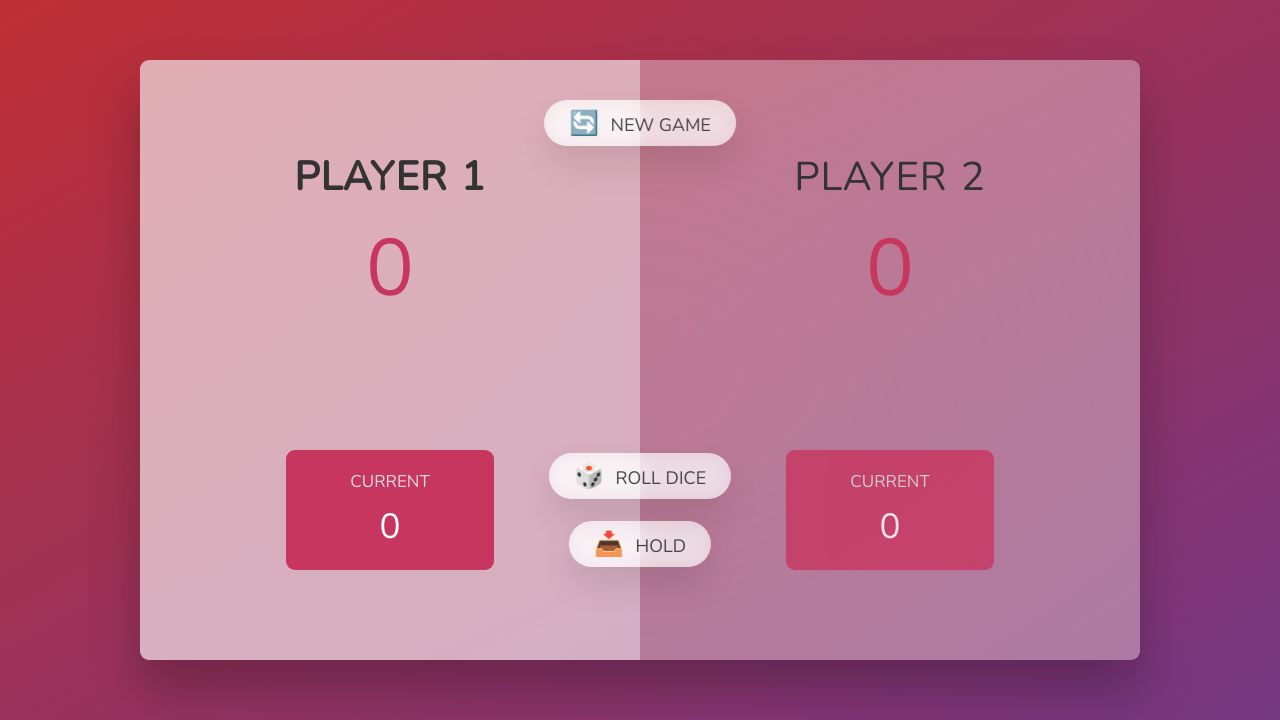
Repository: AbanoubSamyTawfek2002/pig-game
Page: index.html
An editor plug-in stored every save of this project. The page is shown before and after the next save, followed by the edit.
The browser window is 1280 px wide. The pictures show the whole page.

Above is the page before, as saved 2025-09-27 02:05:23.

### index.html
<!DOCTYPE html>
<html lang="en">
  <head>
    <meta charset="UTF-8" />
    <meta name="viewport" content="width=device-width, initial-scale=1.0" />
    <meta http-equiv="X-UA-Compatible" content="ie=edge" />
    <link rel="stylesheet" href="style.css" />
    <title>Pig Game</title>
  </head>
  <body>
    <main>
      <section class="player player--0 player--active">
        <h2 class="name" id="name--0">Player 1</h2>
        <p class="score" id="score--0">43</p>
        <div class="current">
          <p class="current-label">Current</p>
          <p class="current-score" id="current--0">0</p>
        </div>
      </section>
      <section class="player player--1">
        <h2 class="name" id="name--1">Player 2</h2>
        <p class="score" id="score--1">24</p>
        <div class="current">
          <p class="current-label">Current</p>
          <p class="current-score" id="current--1">0</p>
        </div>
      </section>

      <img src="dice-5.png" alt="Playing dice" class="dice" />
      <button class="btn btn--new">🔄 New game</button>
      <button class="btn btn--roll">🎲 Roll dice</button>
      <button class="btn btn--hold">📥 Hold</button>
    </main>
    <script src="script.js"></script>
  </body>
</html>

### style.css
@import url('https://fonts.googleapis.com/css2?family=Nunito&display=swap');

* {
  margin: 0;
  padding: 0;
  box-sizing: inherit;
}

html {
  font-size: 62.5%;
  box-sizing: border-box;
}

body {
  font-family: 'Nunito', sans-serif;
  font-weight: 400;
  height: 100vh;
  color: #333;
  background-image: linear-gradient(to top left, #753682 0%, #bf2e34 100%);
  display: flex;
  align-items: center;
  justify-content: center;
}

.hidden {
  display: none;
}
/* LAYOUT */
main {
  position: relative;
  width: 100rem;
  height: 60rem;
  background-color: rgba(255, 255, 255, 0.35);
  backdrop-filter: blur(200px);
  filter: blur();
  box-shadow: 0 3rem 5rem rgba(0, 0, 0, 0.25);
  border-radius: 9px;
  overflow: hidden;
  display: flex;
}

.player {
  flex: 50%;
  padding: 9rem;
  display: flex;
  flex-direction: column;
  align-items: center;
  transition: all 0.75s;
}

/* ELEMENTS */
.name {
  position: relative;
  font-size: 4rem;
  text-transform: uppercase;
  letter-spacing: 1px;
  word-spacing: 2px;
  font-weight: 300;
  margin-bottom: 1rem;
}

.score {
  font-size: 8rem;
  font-weight: 300;
  color: #c7365f;
  margin-bottom: auto;
}

.player--active {
  background-color: rgba(255, 255, 255, 0.4);
}
.player--active .name {
  font-weight: 700;
}
.player--active .score {
  font-weight: 400;
}

.player--active .current {
  opacity: 1;
}

.current {
  background-color: #c7365f;
  opacity: 0.8;
  border-radius: 9px;
  color: #fff;
  width: 65%;
  padding: 2rem;
  text-align: center;
  transition: all 0.75s;
}

.current-label {
  text-transform: uppercase;
  margin-bottom: 1rem;
  font-size: 1.7rem;
  color: #ddd;
}

.current-score {
  font-size: 3.5rem;
}

/* ABSOLUTE POSITIONED ELEMENTS */
.btn {
  position: absolute;
  left: 50%;
  transform: translateX(-50%);
  color: #444;
  background: none;
  border: none;
  font-family: inherit;
  font-size: 1.8rem;
  text-transform: uppercase;
  cursor: pointer;
  font-weight: 400;
  transition: all 0.2s;

  background-color: white;
  background-color: rgba(255, 255, 255, 0.6);
  backdrop-filter: blur(10px);

  padding: 0.7rem 2.5rem;
  border-radius: 50rem;
  box-shadow: 0 1.75rem 3.5rem rgba(0, 0, 0, 0.1);
}

.btn::first-letter {
  font-size: 2.4rem;
  display: inline-block;
  margin-right: 0.7rem;
}

.btn--new {
  top: 4rem;
}
.btn--roll {
  top: 39.3rem;
}
.btn--hold {
  top: 46.1rem;
}

.btn:active {
  transform: translate(-50%, 3px);
  box-shadow: 0 1rem 2rem rgba(0, 0, 0, 0.15);
}

.btn:focus {
  outline: none;
}

.dice {
  position: absolute;
  left: 50%;
  top: 16.5rem;
  transform: translateX(-50%);
  height: 10rem;
  box-shadow: 0 2rem 5rem rgba(0, 0, 0, 0.2);
}

.player--winner {
  background-color: #2f2f2f;
}

.player--winner .name {
  font-weight: 700;
  color: #c7365f;
}

### script.js
'use strict';

const score0El = document.getElementById('score--0');
const score1El = document.getElementById('score--1');
const diceEl = document.querySelector('.dice');
const btnNew = document.querySelector('.btn--new');
const btnRoll = document.querySelector('.btn--roll');
const btnHold = document.querySelector('.btn--hold');
const current0 = document.getElementById('current--0');
let currentscore0 = 0;
score0El.textContent = 0;
score1El.textContent = 0;
diceEl.classList.add('hidden');

btnRoll.addEventListener('click', () => {
  const random = Math.trunc(Math.random() * 6 + 1);
  diceEl.classList.remove('hidden');
  score0El.textContent = random;
  diceEl.src = `dice-${random}.png`;
  if (random !== 1) {
    currentscore0 += random;
    current0.textContent = currentscore0;
  }
});

After the next save:
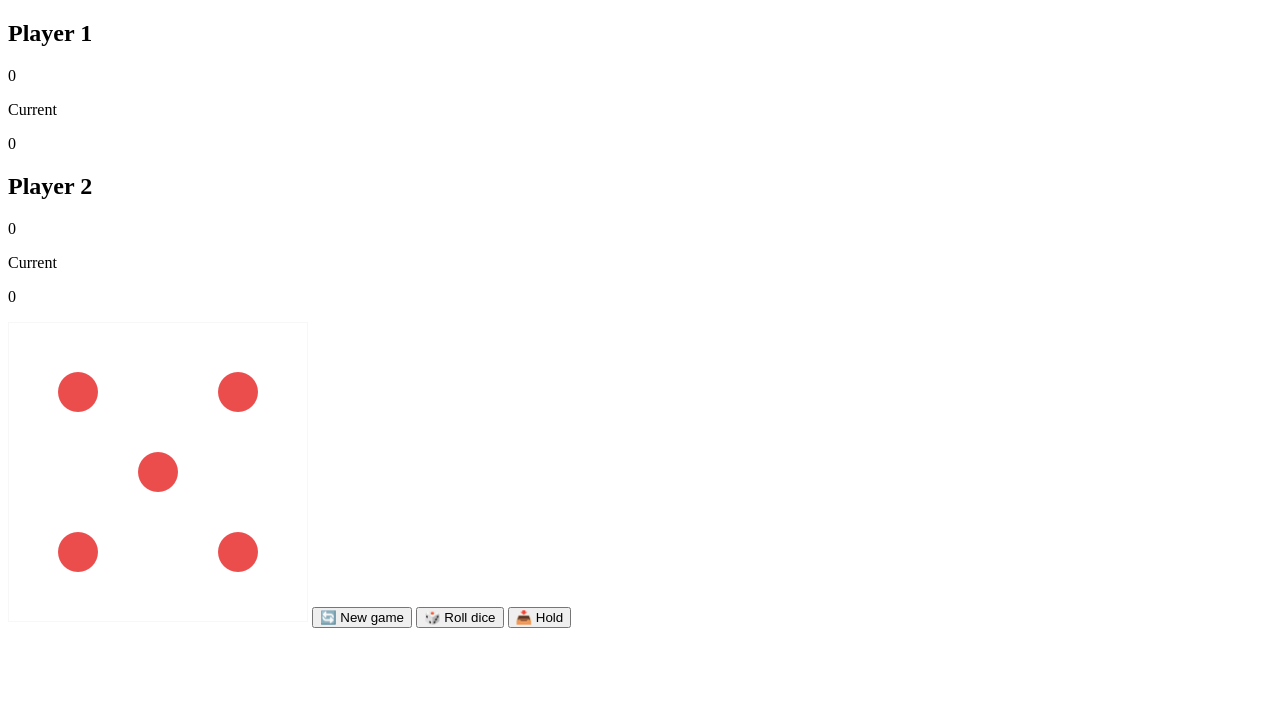
Saved 9 h 15 min later.
--- a/index.html
+++ b/index.html
@@ -4,7 +4,7 @@
     <meta charset="UTF-8" />
     <meta name="viewport" content="width=device-width, initial-scale=1.0" />
     <meta http-equiv="X-UA-Compatible" content="ie=edge" />
-    <link rel="stylesheet" href="style.css" />
+
     <title>Pig Game</title>
   </head>
   <body>

After the 2 saves that followed:
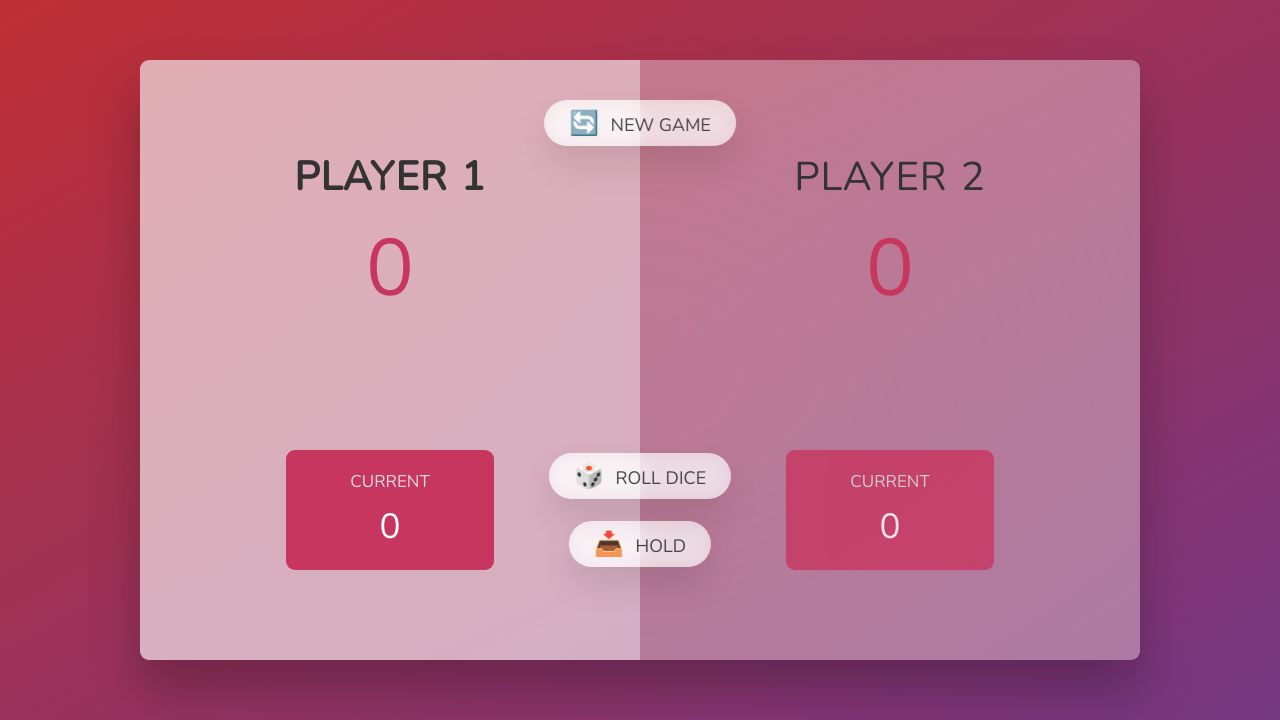
The 2 saves are shown as one change because 1 left the picture as it was.
The last was saved 24 s later.
--- a/index.html
+++ b/index.html
@@ -4,7 +4,7 @@
     <meta charset="UTF-8" />
     <meta name="viewport" content="width=device-width, initial-scale=1.0" />
     <meta http-equiv="X-UA-Compatible" content="ie=edge" />
-
+    <link rel="stylesheet" href="style.css" />
     <title>Pig Game</title>
   </head>
   <body>
